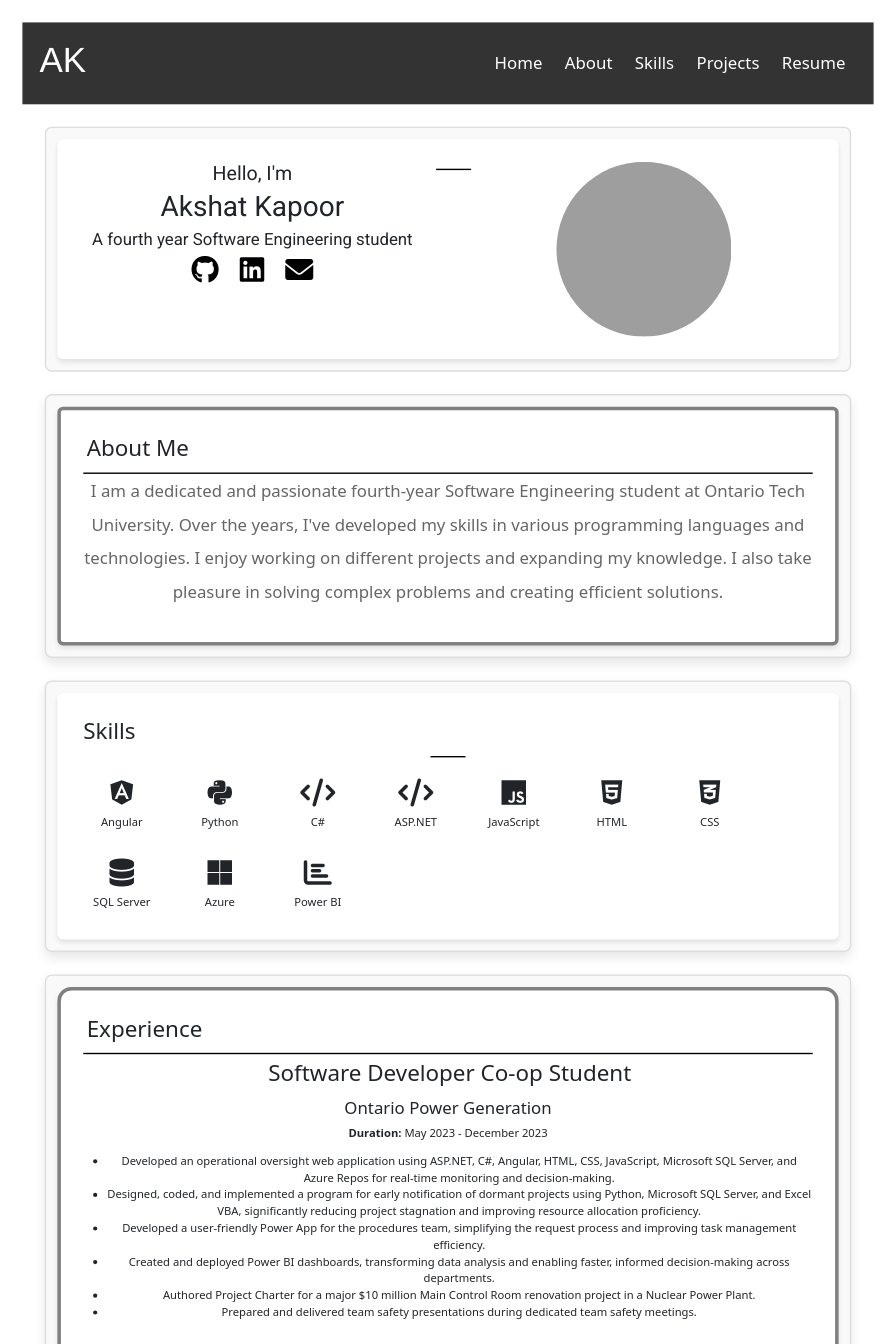
Repository: AkshatKapo/My-Portfolio
Page: /
The author's editor kept a copy of each file at every save. The page is drawn from the files as they stood at one save, then again after the next save.
The browser window is 1280 px wide. The pictures show the part of the page from y = 0 to 1920 px (the page is 3269 px tall before and 3497 px after), at 70% of full size.
Pictures or frames that could not be fetched are drawn as grey boxes. The project was rebuilt for these pictures with package versions that can differ from the ones it lists, and the page was loaded fresh each time. Also part of the build but not shown: vite.config.js.

Above is the page before, as saved 2024-06-15 16:29:02.

After the next save:
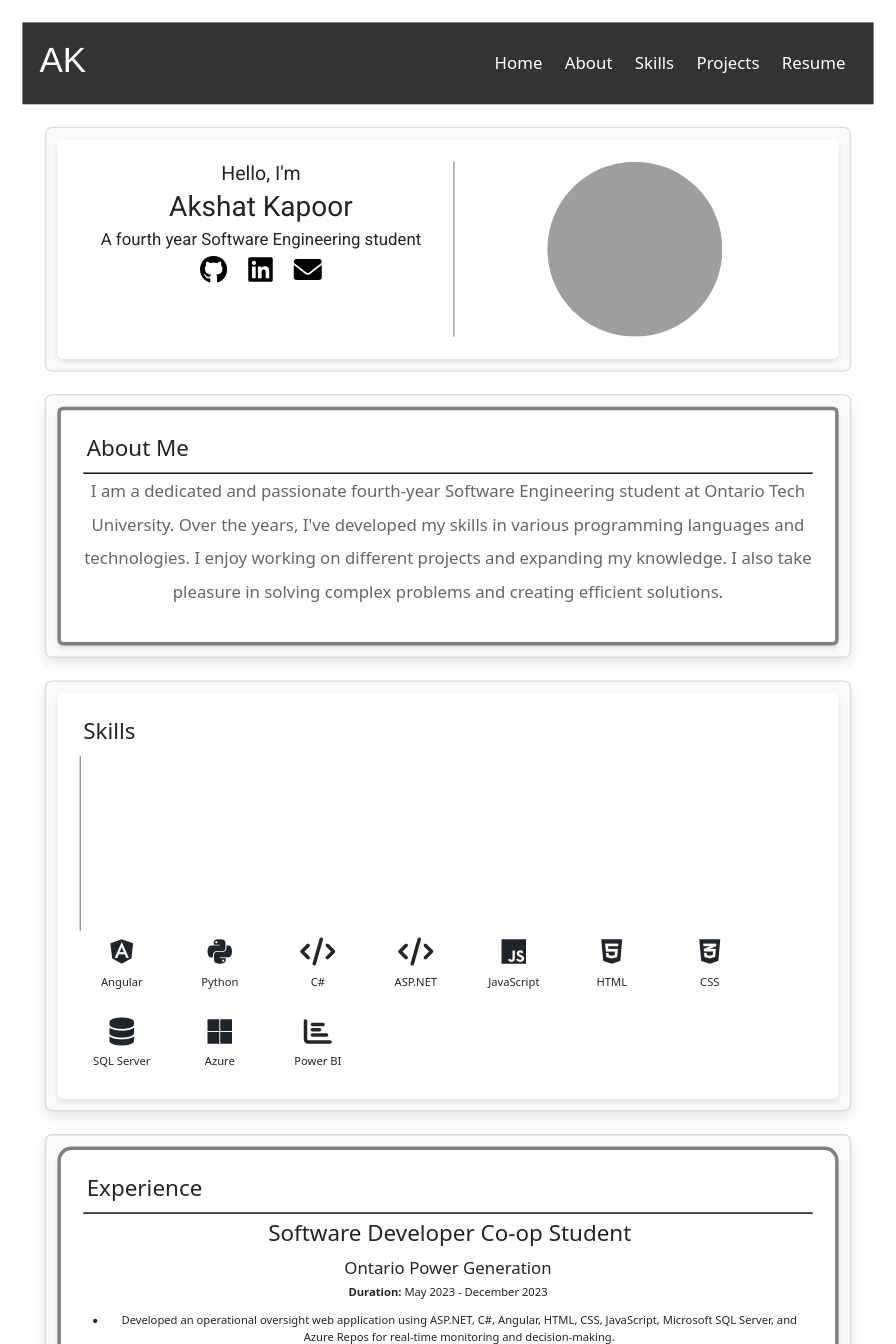
Saved 21 s later.
--- a/src/components/skill.css
+++ b/src/components/skill.css
@@ -56,10 +56,3 @@
     font-size: 16px;
     margin: 0;
   }
-
-  .separator {
-    height: 2px;
-    width: 50px;
-    background-color: #000;
-    margin: 10px auto 20px;
-  }

After the 4 saves that followed:
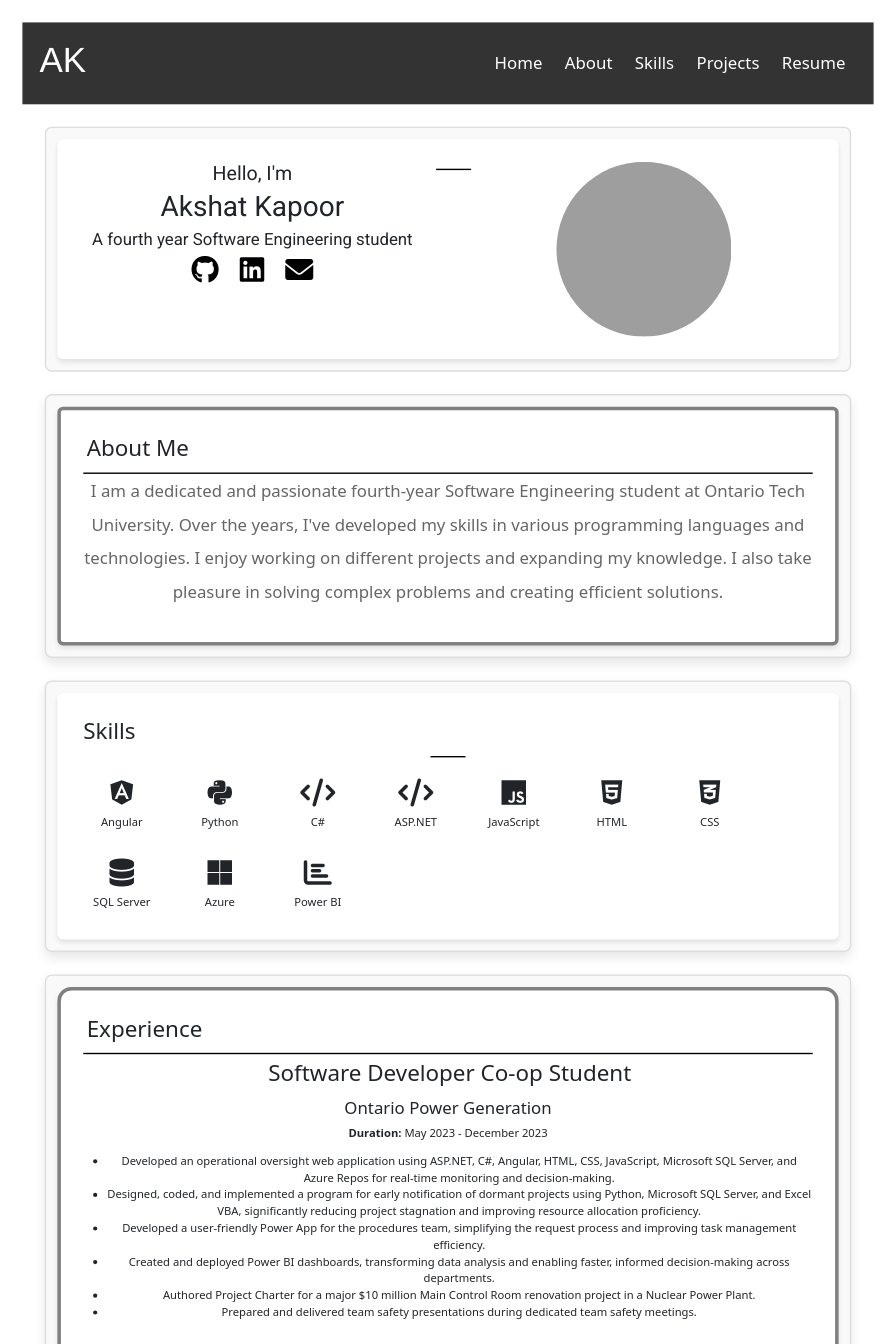
The 4 saves are shown as one change because 1 left the picture as it was and some came seconds apart.
The last was saved 64 s later.
--- a/src/components/skill.css
+++ b/src/components/skill.css
@@ -56,3 +56,10 @@
     font-size: 16px;
     margin: 0;
   }
+
+  .separator {
+    height: 2px;
+    width: 50px;
+    background-color: #000;
+    margin: 10px auto 20px;
+  }
